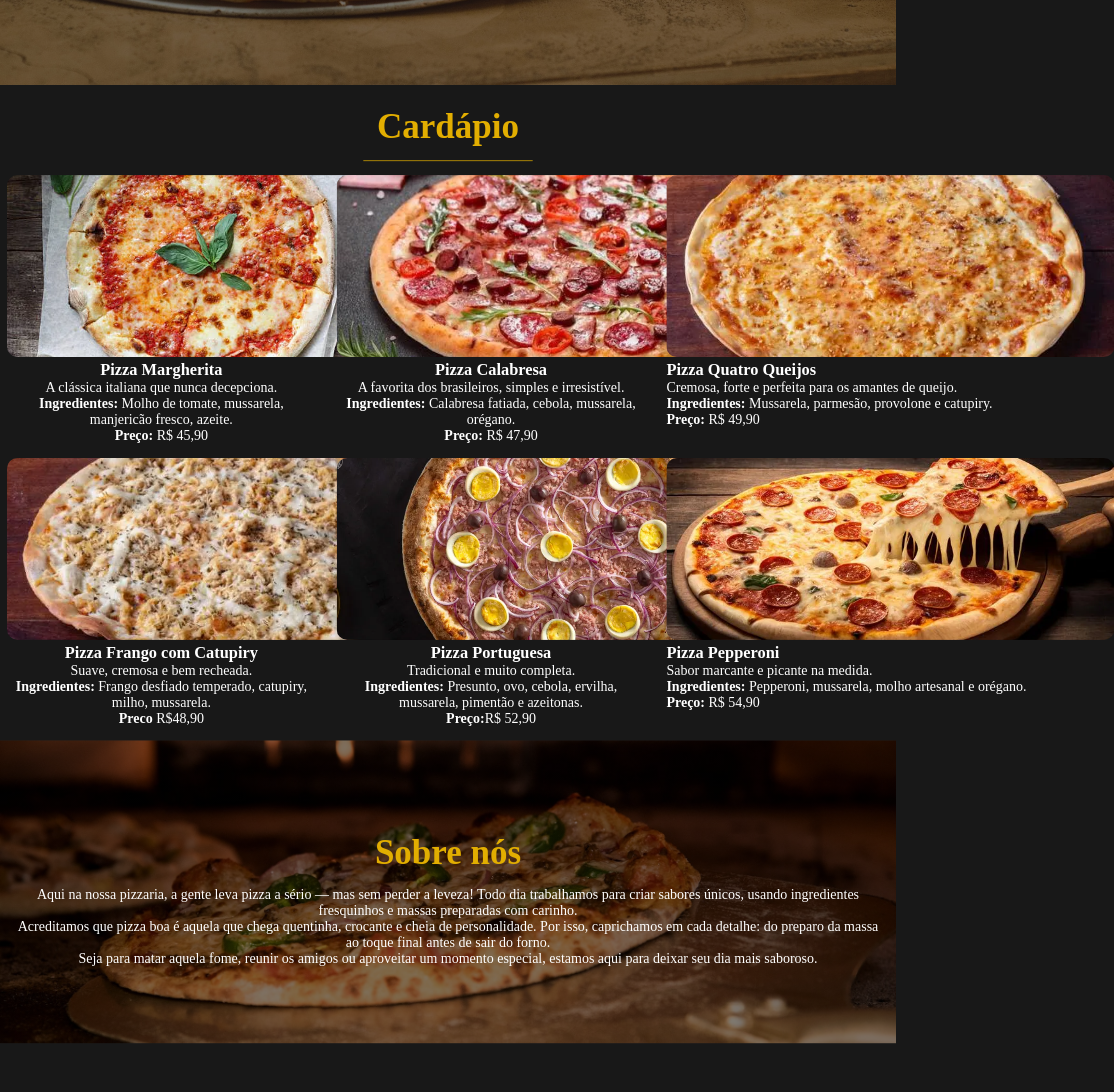
Repository: Mateushlp/landing-page-pizza
Page: index.html
The author's editor kept a copy of each file at every save. The page is drawn from the files as they stood at one save, then again after the next save.
The browser window is 1280 px wide. The page is 1592 px wide, then 1280 px, so the pictures cover 1592 px, including what lies to the right of the window. The pictures show the part of the page from y = 863 to 2423 px (the page is 2935 px tall before and 2958 px after), at 70% of full size.

Above is the page before, as saved 2026-05-03 11:42:42.

### index.html
<!DOCTYPE html>
<html lang="en">
<head>
    <meta charset="UTF-8">
    <meta name="viewport" content="width=device-width, initial-scale=1.0">
    <link rel="stylesheet" href="style.css">
    <title>Document</title>
</head>
<body>
    <header>
        <nav>
            <ul>
                <li> <a href="http://"> Home</li></a>
                <li> <a href="http://">Cardapio</li></a>
                <li> <a href="http://">Sobre Nos</li></a>
                <li> <a href="http://">Contato</li></a>
            </ul>
        </nav>
    </header>

    <section class="inicio">
        <div class="texto">
        <h1>Bem vindo à Alessio's</h1>
        <p>Saborosas pizzas feitas </p>
        <button class="btn1">Ver Cardapio</button>
        </div>
    </section>

    <section class="cardapio">
        <h2 class="cardapio1">Cardápio</h2>
    </section>

    <div class="prato">
        <div class="pratos1">
            <img src="./img/margherita-pizza.jpg" alt="">
            <h3>Pizza Margherita</h3>
            <p> A clássica italiana que nunca decepciona. <br>
          <strong>Ingredientes:</strong>  Molho de tomate, mussarela, manjericão fresco, azeite. <br>
        <strong>Preço:</strong> R$ 45,90
    </p>
        </div>
            <div class="pratos2">
                <img src="./img/3140217-pizza-calabresa.jpg" alt="">
                <h3>Pizza Calabresa</h3>
                <p>A favorita dos brasileiros, simples e irresistível. <br>
                <strong>Ingredientes:</strong> Calabresa fatiada, cebola, mussarela, orégano. <br>
                    <strong>Preço:</strong> R$ 47,90
            </p>
            </div>
                <div class="pratos3">
                    <img src="./img/Quatro-Queijos.jpg" alt="">
                    <h3>Pizza Quatro Queijos</h3>
                    <p>Cremosa, forte e perfeita para os amantes de queijo. <br>
                    <strong>Ingredientes:</strong>  Mussarela, parmesão, provolone e catupiry. <br>
                        <strong>Preço: </strong>R$ 49,90
                </p>
                </div>
                </div>

                <div class="prato2">
                <div class="pratos1">
                    <img src="./img/Frango-com-Catupiry-2.jpg" alt="">
                    <h3>Pizza Frango com Catupiry</h3>
                    <p>Suave, cremosa e bem recheada. <br>
                   <strong>Ingredientes:</strong> Frango desfiado temperado, catupiry, milho, mussarela. <br>
                   <strong>Preco </strong> R$48,90
                </p>
                </div>
                <div class="pratos2">
                    <img src="./img/pizza-portuguesa.jpg" alt="">
                    <h3>Pizza Portuguesa</h3>
                    <p>Tradicional e muito completa. <br>
                   <strong>Ingredientes:</strong>  Presunto, ovo, cebola, ervilha, mussarela, pimentão e azeitonas. <br>
                    <strong>Preço:</strong>R$ 52,90
                </p>
                </div>
                <div class="pratos3">
                    <img src="./img/the-pepperoni-pizza-and-a-piece-of-streched-cheese-pizza-with-ai-generated-free-photo.jpg" alt="">
                    <h3>Pizza Pepperoni</h3>
                    <p>Sabor marcante e picante na medida. <br>
                  <strong>Ingredientes:</strong>   Pepperoni, mussarela, molho artesanal e orégano. <br>
                <strong>Preço:</strong> R$ 54,90</p>

                </div>
                </div>
                </div>




    <section class="sobre">
        <div class="sobre1">
        <h2>Sobre nós</h2>
        <p>Aqui na nossa pizzaria, a gente leva pizza a sério — mas sem perder a leveza!
        Todo dia trabalhamos para criar sabores únicos, usando ingredientes fresquinhos e massas preparadas com carinho. <br>

        Acreditamos que pizza boa é aquela que chega quentinha, crocante e cheia de personalidade. Por isso, caprichamos em cada
        detalhe: do preparo da massa ao toque final antes de sair do forno. <br>

        Seja para matar aquela fome, reunir os amigos ou aproveitar um momento especial, estamos aqui para deixar seu dia mais
        saboroso.</p>
    </div>
    </section>

<section id="contato" class="contato">
    <h2>Contato</h2>

    <div class="contato-info">
        <div class="box">
            <h3>Telefone</h3>
            <p>(35) 99744-0140</p>
        </div>

        <div class="box">
            <h3>Endereço</h3>
            <p>Rua Tal Tal, Nº 123 , Centro , Lavras/MG</p>
        </div>

        <div class="box">
            <h3>Email</h3>
            <p>mateus@gmail.com</p>
        </div>
            <div class="box">
                <h3>Hórario de Funcionamento</h3>
                <p>Segunda a Sábado 11h00 às 23h00 - Domingo: 16h00 às 23H00</p>
            </div>
    </div>
</section>
        <div class="pedir">
        <button class="btn2">Peca Agora Mesmo!</button>
        </div>


    <footer>
        <h3>&copy; 2025 Alessio's Pizzaria</h3>
    </footer>

</body>
</html>

### style.css
*{
    margin:0;
    padding: 0;
    box-sizing: border-box;
}
body{
    background-color: #181818;
      overflow-x: hidden;

}

nav ul {
    display: flex;
    gap: 25px;
    list-style: none;
    justify-content: center;
    font-size: 25px;
    padding: 10px;
     background: linear-gradient(to bottom, rgb(00, 0, 0), rgba(0,0,0,0.9));
}

nav ul a{
    text-decoration: none;
    color: #fff;
    margin-top: 10px;
}

nav ul a:hover{
    border-radius: 20px;
    background-color: #00000;
    color: #af8600;
}

.inicio{
     background:
        linear-gradient(rgba(0,0,0,0.5), rgba(0,0,0,0.5)),
        url(./img/background-meio.jpg);
    background-size: cover;
    background-position: center;
    height: 130vh;
}

.texto{
    display: flex;
    flex-direction: column;
    align-items: center;
    color: #fff;
    padding-top: 7%;
    padding-left: 6%;
    font-size: 40px;
}
.texto p{
    font-family: 'Lucida Sans', 'Lucida Sans Regular', 'Lucida Grande', 'Lucida Sans Unicode', Geneva, Verdana, sans-serif;
    font-size: 30px;

}
.btn1{
 background-color: #e2ae01;
 border-radius: 20px;
 font-size: 20px;
 margin-top: 30px;
 padding: 9px;
 cursor:pointer;
}
.btn1:hover{
background-color:#181818;
color: #e2ae01;
}
.cardapio{
    text-align: center;
    padding: 10px;
    font-size: 40px;
    color:#fff;
}
.cardapio1{
    display: inline-block;
    border-bottom: 1px solid #e2ae01;
    padding-top: 20px;
    padding-bottom:20px
}
.prato{
    margin: 10px;
    display: flex;
    gap: 30px;
    font-size: 20px;
    margin-bottom: 20px;
    color:#fff;
}

.prato2{
    margin: 10px;
    display: flex;
    gap: 30px;
    font-size: 20px;
    margin-bottom: 20px;
    color:#fff;
}


.prato img,
.prato2 img {
    width: 50vw;
    height: 260px;
    object-fit: cover;
    border-radius: 15px;

}
.pratos1,
.pratos2 {
    border-radius:20px;
    width: 35%;
    text-align: center;
}

.sobre{
    background-image:
    linear-gradient(rgba(0,0,0,0.5), rgba(0,0,0,0.5)),
    url(./img/background.jpg);
    background-size: cover;
    background-position: center;
    height: 60vh; /* AUMENTE a altura */
    display: flex;
    flex-direction: column;
    justify-content: center; /* deixa no meio certinho */
    align-items: center;
    text-align: center;
}

.sobre1{
    display: flex;
    align-items: center;
    font-size: 40px;
    flex-direction: column;
    color: #fff;
}
.sobre1 ,h2{
    font-size:50px;
    color:#e2ae01;
    padding:20px
}
.sobre1 p{
    font-size: 20px;
    color:#fff;
}

.contato {
    padding: 50px 0;
    text-align: center;
    color:#fff;
}

.contato-info {
    display: flex;
    justify-content: center;
    gap: 60px;
    margin-top: 20px;
    flex-wrap: wrap;
    color:#fff;
}

.contato-info .box {

    padding: 20px 30px;
    border-radius: 15px;
    color:#fff;

}

.contato-info h3 {
    font-size: 24px;
    color: #af8600;

}

.contato-info p {
    font-size: 18px;
    color:#fff;
}

.pedir{
    display: flex;
    justify-content: center;
    align-items: center;
    text-align: center;
}
.btn2{
     background-color: #e2ae01;
 border-radius: 30px;
 font-size: 20px;
 margin-bottom: 50px;
 padding: 15px;
 cursor:pointer;

}
footer{
      background-color: #181818;
      color: #d4af37;
  text-align: center;
  padding: 15pxpx;
  font-size: 15px;

}

After the next save:
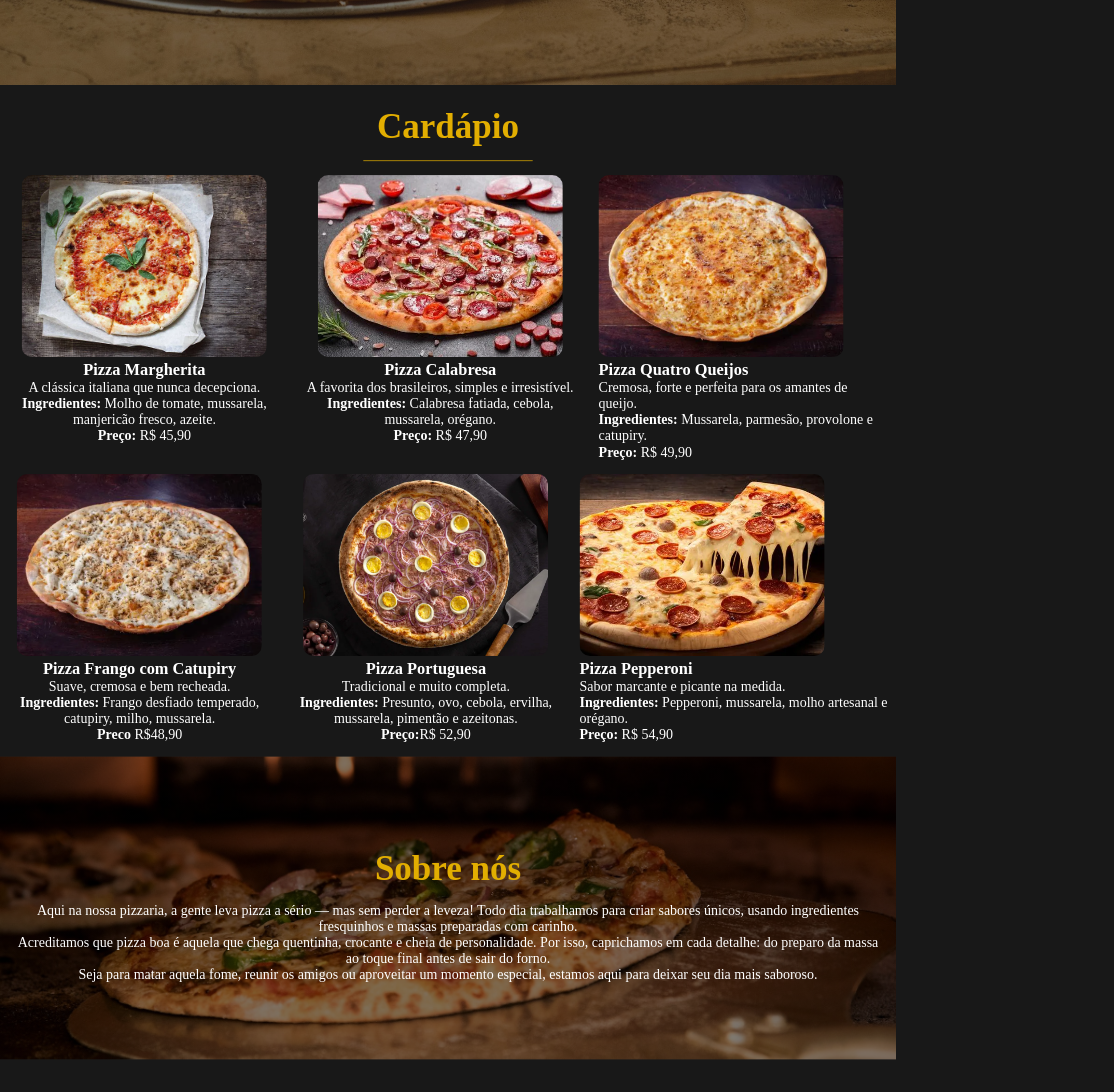
Saved 22 s later.
--- a/style.css
+++ b/style.css
@@ -100,6 +100,7 @@ color: #e2ae01;
 .prato img,
 .prato2 img {
     width: 50vw;
+     max-width: 350px;
     height: 260px;
     object-fit: cover;
     border-radius: 15px;
